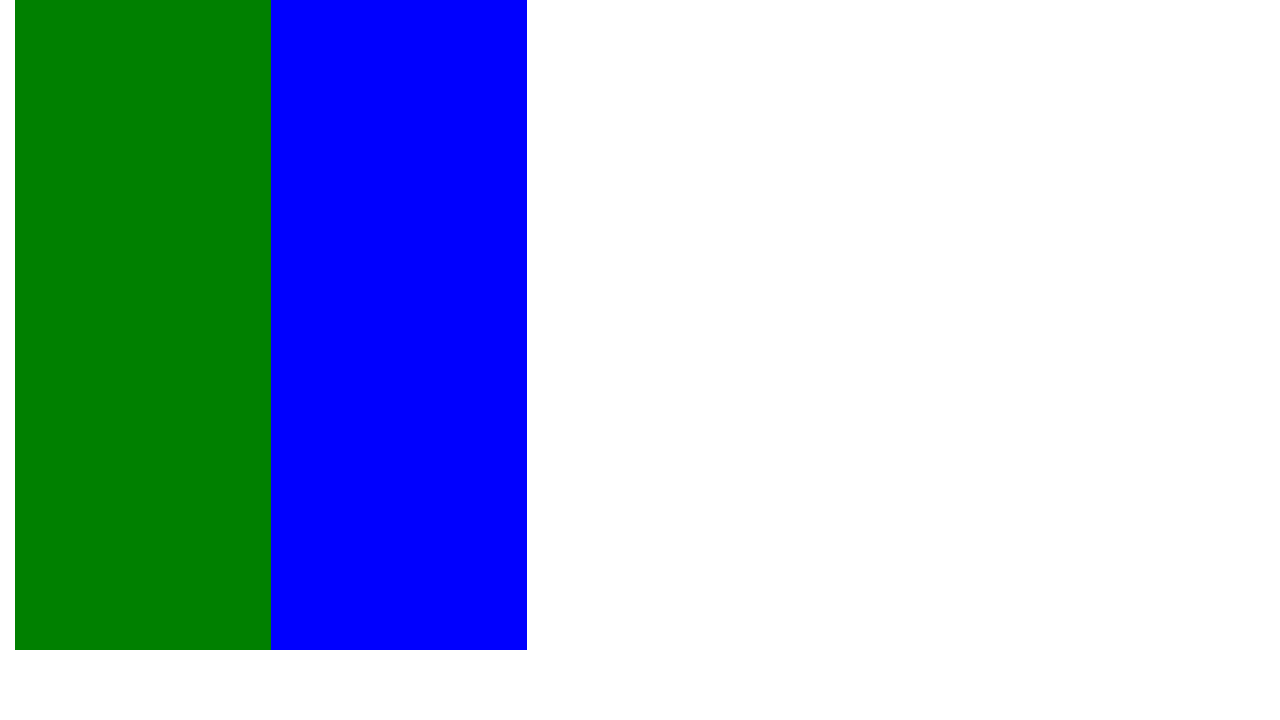
Repository: Flovet-stack/memic
Page: home.html
An editor plug-in stored every save of this project. The page is shown before and after the next save, followed by the edit.
The browser window is 1280 px wide. The pictures show the whole page.
Some web fonts or font styles are not loaded; a fallback is used.

Above is the page before, as saved 2020-10-17 19:02:07.
Console error: TypeError: Cannot read properties of undefined (reading 'fn')

After the next save:
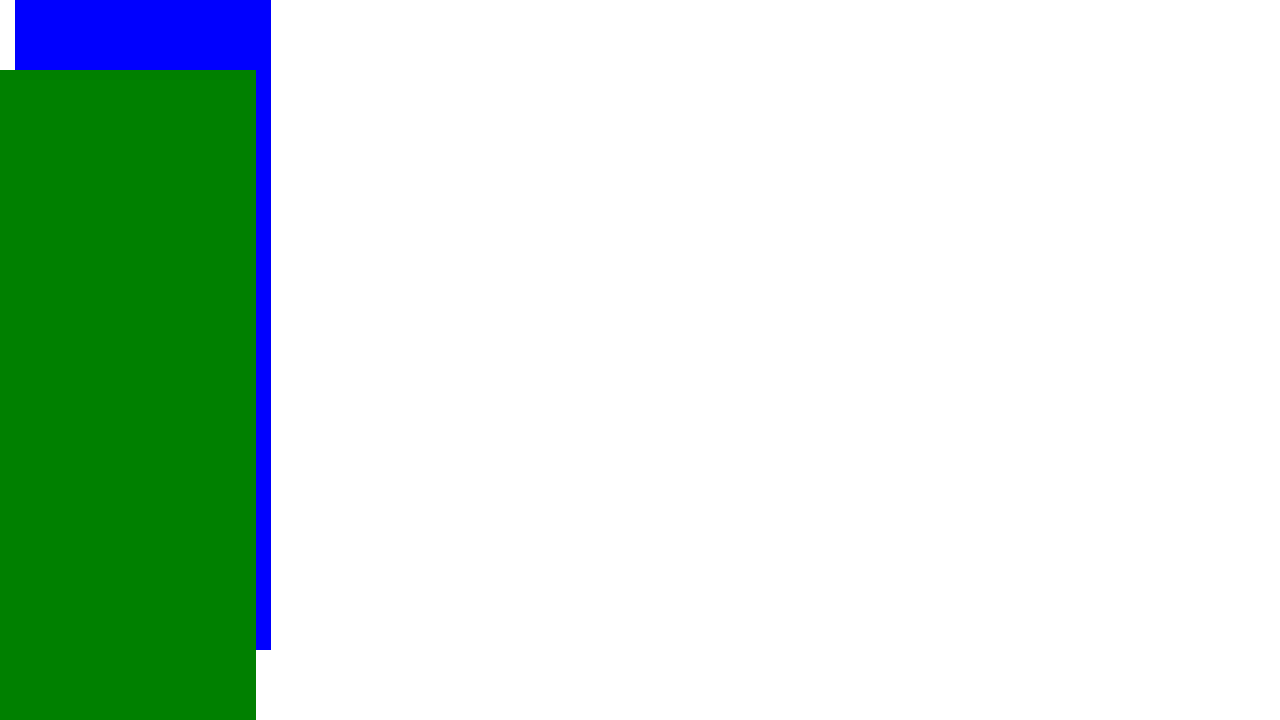
Saved 6 s later.
--- a/css/home.css
+++ b/css/home.css
@@ -128,9 +128,9 @@
     width: 20vw;
     height: calc(100vh - 70px);
     background-color: green;
-    /* position: fixed;
+    position: fixed;
     top: 70px;
-    left: 0; */
+    left: 0;
 }
 .home-center {
     position: relative;
